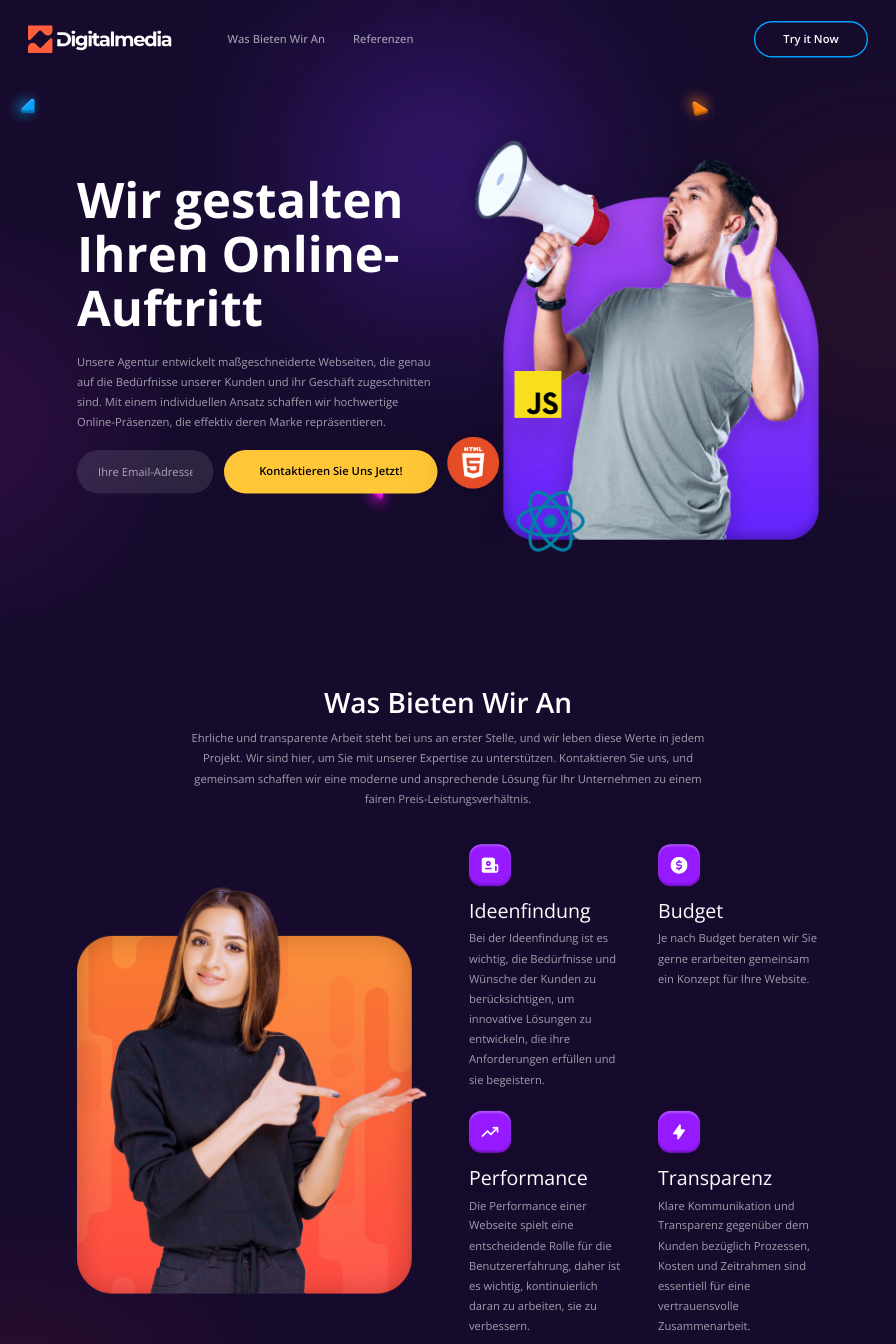
Repository: BerlinWebDev/digitalmediaportfolio
Page: http://localhost/
These files come from the project's save history. The page is drawn as it stood at one moment and after the next save; the edit follows.
The browser window is 1280 px wide. The pictures show the part of the page from y = 0 to 1920 px (the page is 3358 px tall), at 70% of full size.
The page is served by the project's Node server (server.js).

Above is the page before, as saved 2024-06-15 01:00:51.

After the next save:
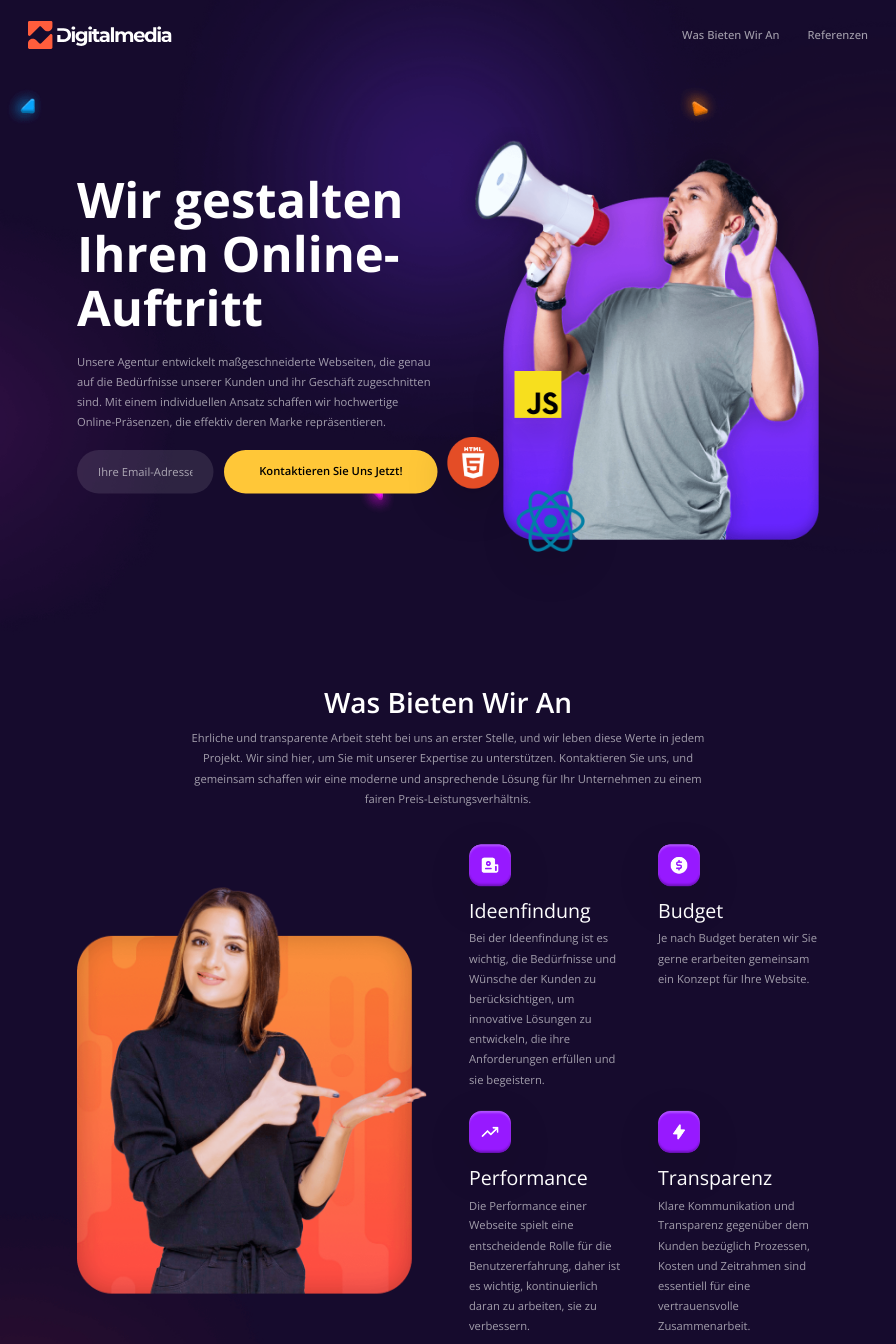
Saved 51 s later.
--- a/views/index.ejs
+++ b/views/index.ejs
@@ -63,8 +63,6 @@
             </li>
           </ul>
         </nav>
-
-        <a href="#" class="btn btn-secondary">Try it Now</a>
 
         <button
           class="nav-open-btn"
